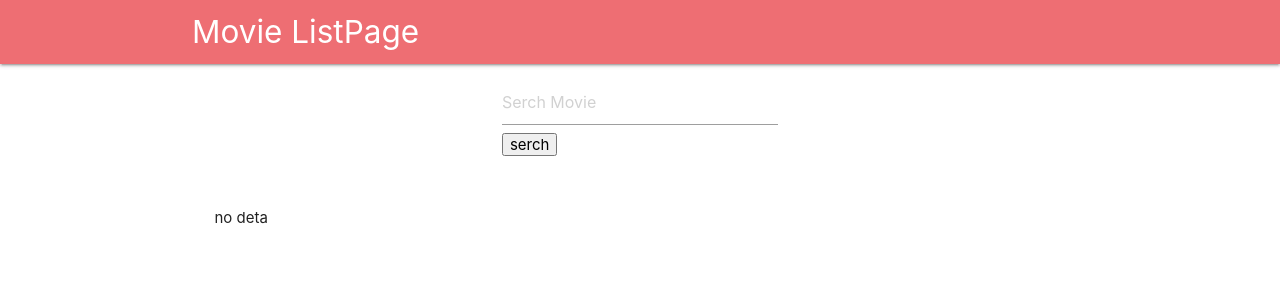
Repository: Reiya-1003/React-Ts-Node-App
Page: /
An editor plug-in stored every save of this project. The page is shown before and after the next save, followed by the edit.
The browser window is 1280 px wide. The pictures show the whole page.
The project was rebuilt for these pictures with package versions that can differ from the ones it lists, and the page was loaded fresh each time.

Above is the page before, as saved 2021-11-12 15:28:38.

After the next save:
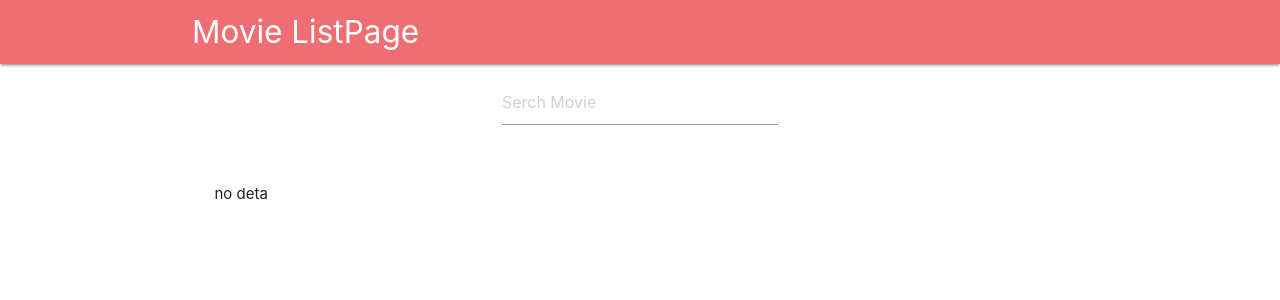
Saved 39 s later.
--- a/src/components/Searthbox.tsx
+++ b/src/components/Searthbox.tsx
@@ -8,7 +8,7 @@ type Props = {
   onBlur: (event: React.FocusEvent<HTMLInputElement>) => void;
   onFocus: (event: React.FocusEvent<HTMLInputElement>) => void;
   onSubmit: (event: React.FormEvent<HTMLFormElement>) => void;
-  handleSubmit: React.MouseEvent<HTMLInputElement>;
+  handleSubmit: React.FormEvent<HTMLFormElement>;
   onClickDiv: (event: React.MouseEvent<HTMLDivElement, MouseEvent>) => void;
 };
 
@@ -20,7 +20,9 @@ const Searthbox = () => {
   const [movies, setMovies] = useState<any>({});
   const [searchTerm, setSearchterm] = useState<string>();
 
-  const handleSubmit = (e: any) => {
+  const handleSubmit = (e: React.FormEvent<HTMLFormElement>) => {
+    e.preventDefault();
+
     fetch(
       `https://api.themoviedb.org/3/search/movie?api_key=78eb03987f34d05d918381d81d8257fe&language=ja-JA&page=1&query=${searchTerm}`
     )
@@ -43,14 +45,13 @@ const Searthbox = () => {
     <div className="container">
       <div className="row">
         <section className="col s4 offset-s4">
-          <form action="">
+          <form action="" onSubmit={handleSubmit}>
             <div className="input-field">
               <input
                 placeholder="Serch Movie"
                 type="text"
                 onChange={handleChange}
               />
-              <button onClick={handleSubmit}>serch</button>
             </div>
           </form>
         </section>
